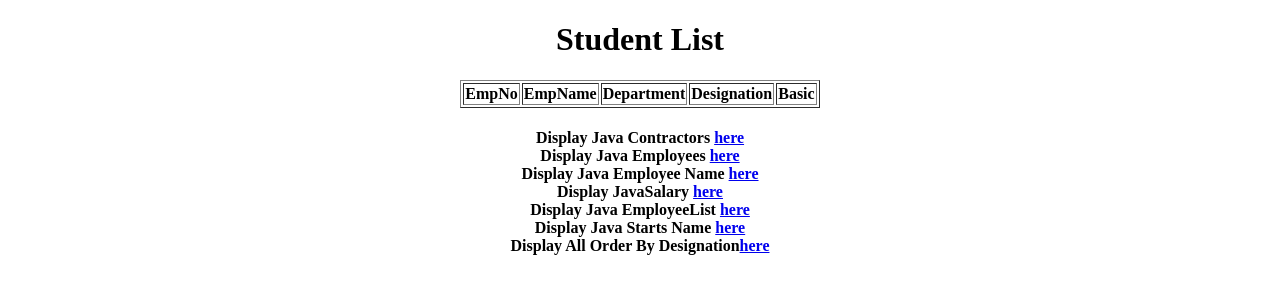
Repository: anisha-r/Sts
Page: http://localhost/AdvSpringData/WEB-INF/views/home.jsp
An editor plug-in stored every save of this project. The page is shown before and after the next save, followed by the edit.
The browser window is 1280 px wide. The pictures show the whole page.
The page is served by Tomcat 9. Nobody is signed in. Other server files are loaded and not shown. The template is opened directly, without the code that normally fills it, so the values that code supplies are empty.

Above is the page before, as saved 2019-10-16 04:40:26.

### AdvSpringData/src/main/webapp/WEB-INF/views/home.jsp
<%@page contentType="text/html" pageEncoding="UTF-8"%>
<!DOCTYPE HTML PUBLIC "-//W3C//DTD HTML 4.01 Transitional//EN"
   "http://www.w3.org/TR/html4/loose.dtd">
<%@ taglib uri="http://java.sun.com/jsp/jstl/core" prefix="c" %>

<html>
<head>
<meta http-equiv="Content-Type" content="text/html; charset=UTF-8">
<title>Student Management Screen</title>
</head>
<body>
	<div align="center">
		<h1>Student List</h1>

		<table border="1">

			<th>EmpNo</th>
			<th>EmpName</th>
			<th>Department</th>
			<th>Designation</th>
			<th>Basic</th>



			<c:forEach var="employ" items="${employList}">
				<tr>

					<td>${employ.empno}</td>
					<td>${employ.name}</td>
					<td>${employ.dept}</td>
					<td>${employ.desig}</td>
					<td>${employ.basic}</td>
					</c:forEach>
		</table>
		<h4>
		Display Java Contractors <a href="/displayjavacontractors">here</a><br/>
		Display Java Employees <a href="/displayjava">here</a><br/>
		Display Java Employee Name <a href="/displayjavaname">here</a><br/>
		Display JavaSalary <a href="/displayjavasalary">here</a><br/>
	   Display Java EmployeeList <a href="/displayjavaEmployeeList">here</a><br/>
	Display Java Starts Name <a href="/displayjavaEmployee">here</a><br/>
	Display All Order By Designation<a href="/displayAllSortByDesig">here</a>
		</h4>
	</div>
</body>
</html>

After the next save:
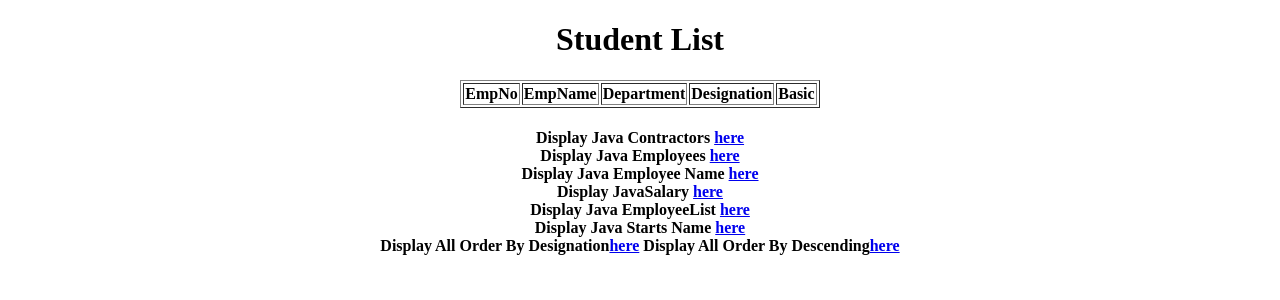
Saved 3 min 26 s later.
--- a/AdvSpringData/src/main/webapp/WEB-INF/views/home.jsp
+++ b/AdvSpringData/src/main/webapp/WEB-INF/views/home.jsp
@@ -40,6 +40,7 @@
 	   Display Java EmployeeList <a href="/displayjavaEmployeeList">here</a><br/>
 	Display Java Starts Name <a href="/displayjavaEmployee">here</a><br/>
 	Display All Order By Designation<a href="/displayAllSortByDesig">here</a>
+	Display All Order By Descending<a href="/displayAllSortByDesc">here</a>
 		</h4>
 	</div>
 </body>
